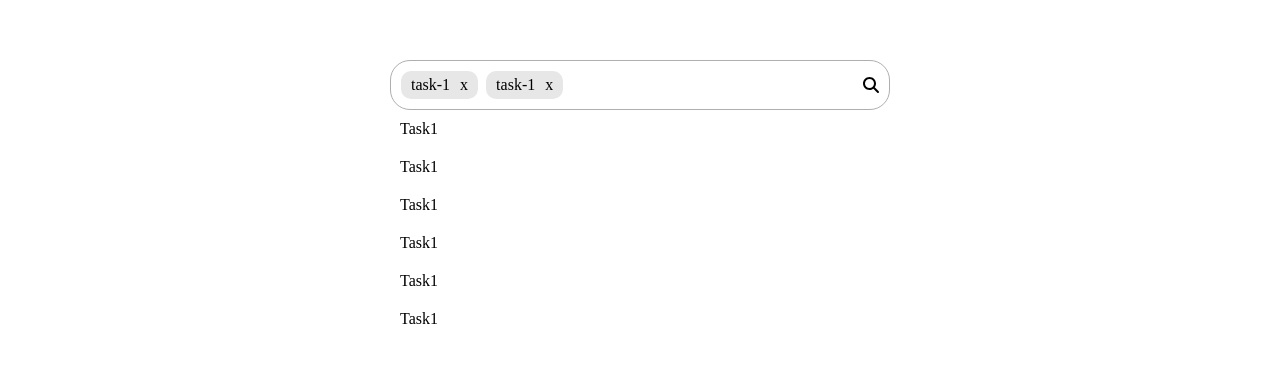
Repository: OkazakiTruong/selectOption
Page: /
The author's editor kept a copy of each file at every save. The page is drawn from the files as they stood at one save, then again after the next save.
The browser window is 1280 px wide. The pictures show the whole page.
The project was rebuilt for these pictures with package versions that can differ from the ones it lists, and the page was loaded fresh each time. Also part of the build but not shown: vite.config.js.

Above is the page before, as saved 2024-01-17 22:13:48.

### src/App.jsx
import React from "react";
import { SelectBoxContainer } from "./SelectBox/SelectBoxContainer";

export default function App() {
  return (
    <div>
      <SelectBoxContainer />
    </div>
  );
}

### src/SelectBox/SelectBoxContainer.jsx
import React from "react";
import "./selectbox.css";
import { SelectBox } from "./SelectBox";

export const SelectBoxContainer = () => {
  return (
    <div className="select-container">
      <SelectBox />
    </div>
  );
};

### src/SelectBox/selectbox.css
.select-container {
  width: 500px;
  margin: 60px auto;
}
.select-input {
  display: flex;
  flex-wrap: wrap;
  align-items: center;
  justify-content: flex-start;
  width: 500px;
  padding: 10px;
  padding-right: 60px;
  border: 1px solid #afafaf;
  border-radius: 20px;
  gap: 8px;
  position: relative;
}
.select-input.focus {
  border: 2px solid black;
}
.select-input .input {
  border: none;
  outline: none;
  flex: 2;
}
.select-input .search-icon {
  position: absolute;
  right: 10px;
  cursor: pointer;
}
.select-item {
  padding: 5px 10px;
  background-color: #e7e7e7;
  border-radius: 10px;
  display: flex;
  align-items: center;
}
.select-item .btn-delete {
  margin-left: 10px;
}

.option-item {
  padding: 10px;
}

### src/SelectBox/SelectBox.jsx
import { FontAwesomeIcon } from "@fortawesome/react-fontawesome";
import React, { useRef, useState } from "react";
import { faMagnifyingGlass } from "@fortawesome/free-solid-svg-icons";

export const SelectBox = () => {
  const inputRef = useRef(null);
  const selectInputRef = useRef(null);
  const handleFocus = () => {
    selectInputRef.current.classList.add("focus");
  };
  const handleBlur = () => {
    selectInputRef.current.classList.remove("focus");
  };
  const handleClick = () => {
    console.log(selectInputRef.current.classList.contains("focus"));
    if (!selectInputRef.current.classList.contains("focus")) {
      inputRef.current.focus();
    }
  };
  return (
    <>
      <div className="select-input" ref={selectInputRef} onClick={handleClick}>
        <div className="select-item">
          <span>task-1</span>
          <span className="btn-delete">x</span>
        </div>
        <div className="select-item">
          <span>task-1</span>
          <span className="btn-delete">x</span>
        </div>
        <input
          className="input"
          ref={inputRef}
          onFocus={handleFocus}
          onBlur={handleBlur}
        ></input>
        <FontAwesomeIcon icon={faMagnifyingGlass} className="search-icon" />
      </div>
      <div className="select-option">
        <div className="option-item">Task1</div>
        <div className="option-item">Task1</div>
        <div className="option-item">Task1</div>
        <div className="option-item">Task1</div>
        <div className="option-item">Task1</div>
        <div className="option-item">Task1</div>
      </div>
    </>
  );
};

Loaded but not shown: index.html (common file); src/main.jsx (common file); src/index.css (common file)

After the next save:
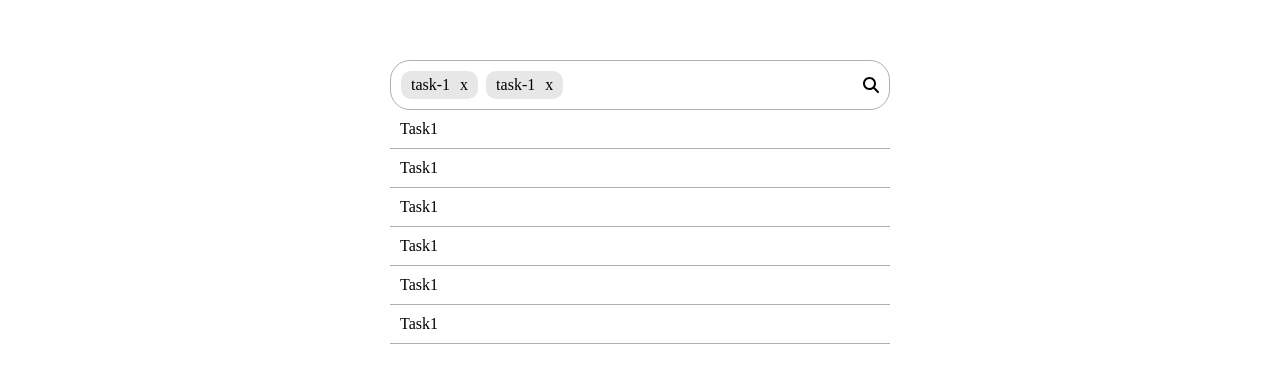
Saved 16 s later.
--- a/src/SelectBox/selectbox.css
+++ b/src/SelectBox/selectbox.css
@@ -41,4 +41,5 @@
 
 .option-item {
   padding: 10px;
+  border-bottom: 1px solid #afafaf;
 }
